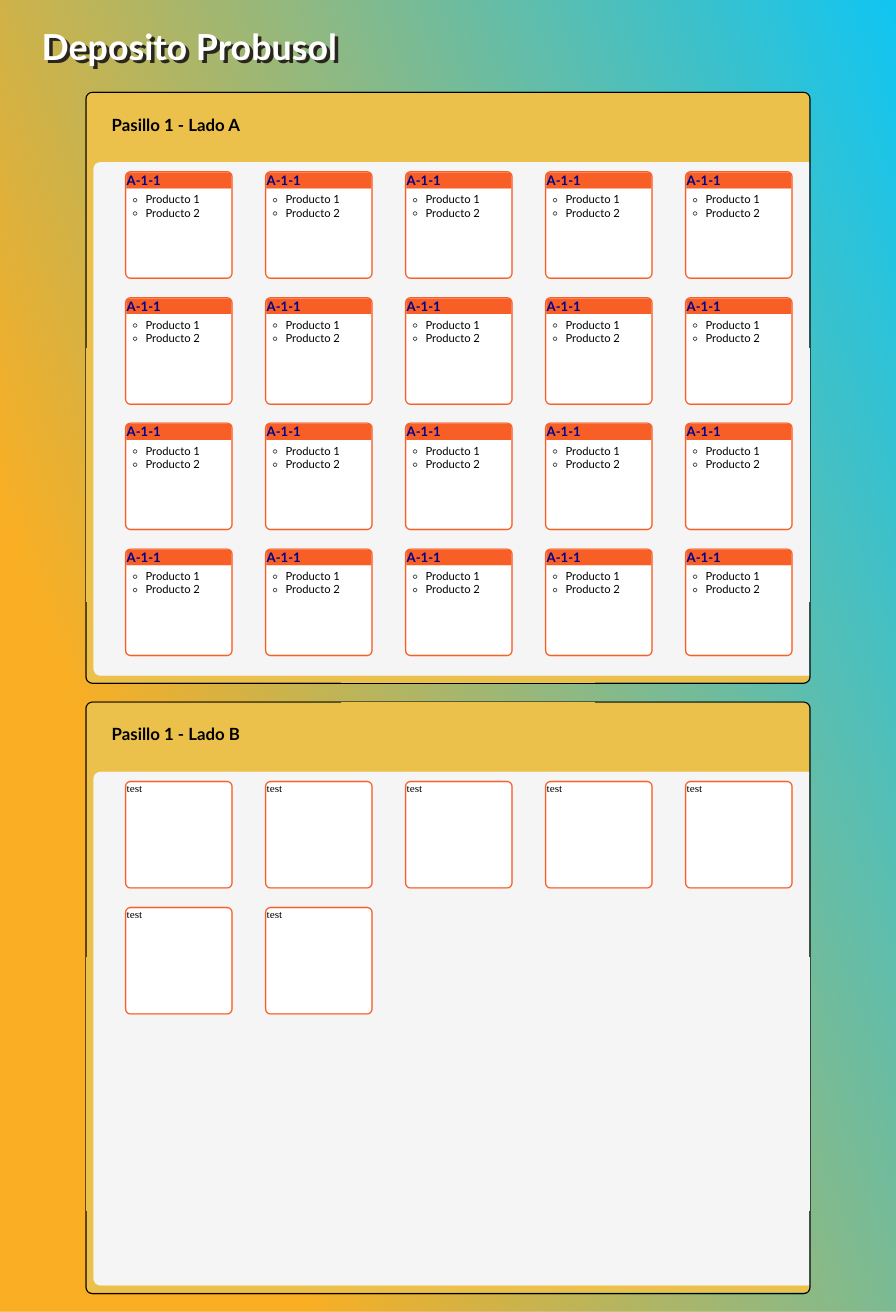
Repository: Franzcod/DepoStock_Web
Page: index.html
The author's editor kept a copy of each file at every save. The page is drawn from the files as they stood at one save, then again after the next save.
The browser window is 1280 px wide. The pictures show the whole page, at 70% of full size.

Above is the page before, as saved 2020-06-07 21:32:32.
Console error: ReferenceError: ur is not defined

### index.html
<!DOCTYPE html>
<html lang="en">
<head>
    <meta charset="UTF-8">
    <meta name="viewport" content="width=device-width, initial-scale=1.0">
    <title>Deposito Probusol</title>

    <link rel="stylesheet" href="estilo/estilo.css">
</head>
<body>

    <div class="titulo">
        <h1>Deposito Probusol</h1>
    </div>


    <div class="app">
        <h2>Pasillo 1 - Lado A</h2>

        <ul class="hs">

            <li class="item">

                <h3 class="pos">A-1-1</h3>
                <ul class="listaProduc">
                    <li class="producto"> Producto 1</li>
                    <li class="producto"> Producto 2</li>
                </ul>
            </li>

            <li class="item">

                <h3 class="pos">A-1-1</h3>
                <ul class="listaProduc">
                    <li class="producto"> Producto 1</li>
                    <li class="producto"> Producto 2</li>
                </ul>
            </li>
            <li class="item">

                <h3 class="pos">A-1-1</h3>
                <ul class="listaProduc">
                    <li class="producto"> Producto 1</li>
                    <li class="producto"> Producto 2</li>
                </ul>
            </li>
            <li class="item">

                <h3 class="pos">A-1-1</h3>
                <ul class="listaProduc">
                    <li class="producto"> Producto 1</li>
                    <li class="producto"> Producto 2</li>
                </ul>
            </li>
            <li class="item">

                <h3 class="pos">A-1-1</h3>
                <ul class="listaProduc">
                    <li class="producto"> Producto 1</li>
                    <li class="producto"> Producto 2</li>
                </ul>
            </li>
            <li class="item">

                <h3 class="pos">A-1-1</h3>
                <ul class="listaProduc">
                    <li class="producto"> Producto 1</li>
                    <li class="producto"> Producto 2</li>
                </ul>
            </li>
            <li class="item">

                <h3 class="pos">A-1-1</h3>
                <ul class="listaProduc">
                    <li class="producto"> Producto 1</li>
                    <li class="producto"> Producto 2</li>
                </ul>
            </li>
            <li class="item">

                <h3 class="pos">A-1-1</h3>
                <ul class="listaProduc">
                    <li class="producto"> Producto 1</li>
                    <li class="producto"> Producto 2</li>
                </ul>
            </li>
            <li class="item">

                <h3 class="pos">A-1-1</h3>
                <ul class="listaProduc">
                    <li class="producto"> Producto 1</li>
                    <li class="producto"> Producto 2</li>
                </ul>
            </li>
            <li class="item">

                <h3 class="pos">A-1-1</h3>
                <ul class="listaProduc">
                    <li class="producto"> Producto 1</li>
                    <li class="producto"> Producto 2</li>
                </ul>
            </li>
            <li class="item">

                <h3 class="pos">A-1-1</h3>
                <ul class="listaProduc">
                    <li class="producto"> Producto 1</li>
                    <li class="producto"> Producto 2</li>
                </ul>
            </li>
            <li class="item">

                <h3 class="pos">A-1-1</h3>
                <ul class="listaProduc">
                    <li class="producto"> Producto 1</li>
                    <li class="producto"> Producto 2</li>
                </ul>
            </li>
            <li class="item">

                <h3 class="pos">A-1-1</h3>
                <ul class="listaProduc">
                    <li class="producto"> Producto 1</li>
                    <li class="producto"> Producto 2</li>
                </ul>
            </li>
            <li class="item">

                <h3 class="pos">A-1-1</h3>
                <ul class="listaProduc">
                    <li class="producto"> Producto 1</li>
                    <li class="producto"> Producto 2</li>
                </ul>
            </li>
            <li class="item">

                <h3 class="pos">A-1-1</h3>
                <ul class="listaProduc">
                    <li class="producto"> Producto 1</li>
                    <li class="producto"> Producto 2</li>
                </ul>
            </li>
            <li class="item">

                <h3 class="pos">A-1-1</h3>
                <ul class="listaProduc">
                    <li class="producto"> Producto 1</li>
                    <li class="producto"> Producto 2</li>
                </ul>
            </li>
            <li class="item">

                <h3 class="pos">A-1-1</h3>
                <ul class="listaProduc">
                    <li class="producto"> Producto 1</li>
                    <li class="producto"> Producto 2</li>
                </ul>
            </li>
            <li class="item">

                <h3 class="pos">A-1-1</h3>
                <ul class="listaProduc">
                    <li class="producto"> Producto 1</li>
                    <li class="producto"> Producto 2</li>
                </ul>
            </li>
            <li class="item">

                <h3 class="pos">A-1-1</h3>
                <ul class="listaProduc">
                    <li class="producto"> Producto 1</li>
                    <li class="producto"> Producto 2</li>
                </ul>
            </li>
            <li class="item">

                <h3 class="pos">A-1-1</h3>
                <ul class="listaProduc">
                    <li class="producto"> Producto 1</li>
                    <li class="producto"> Producto 2</li>
                </ul>
            </li>
            <li class="item">

                <h3 class="pos">A-1-1</h3>
                <ul class="listaProduc">
                    <li class="producto"> Producto 1</li>
                    <li class="producto"> Producto 2</li>
                </ul>
            </li>
            <li class="item">

                <h3 class="pos">A-1-1</h3>
                <ul class="listaProduc">
                    <li class="producto"> Producto 1</li>
                    <li class="producto"> Producto 2</li>
                </ul>
            </li>
            <li class="item">

                <h3 class="pos">A-1-1</h3>
                <ul class="listaProduc">
                    <li class="producto"> Producto 1</li>
                    <li class="producto"> Producto 2</li>
                </ul>
            </li>
            <li class="item">

                <h3 class="pos">A-1-1</h3>
                <ul class="listaProduc">
                    <li class="producto"> Producto 1</li>
                    <li class="producto"> Producto 2</li>
                </ul>
            </li>
            <li class="item">

                <h3 class="pos">A-1-1</h3>
                <ul class="listaProduc">
                    <li class="producto"> Producto 1</li>
                    <li class="producto"> Producto 2</li>
                </ul>
            </li>
            <li class="item">

                <h3 class="pos">A-1-1</h3>
                <ul class="listaProduc">
                    <li class="producto"> Producto 1</li>
                    <li class="producto"> Producto 2</li>
                </ul>
            </li>
            <li class="item">

                <h3 class="pos">A-1-1</h3>
                <ul class="listaProduc">
                    <li class="producto"> Producto 1</li>
                    <li class="producto"> Producto 2</li>
                </ul>
            </li>
            <li class="item">

                <h3 class="pos">A-1-1</h3>
                <ul class="listaProduc">
                    <li class="producto"> Producto 1</li>
                    <li class="producto"> Producto 2</li>
                </ul>
            </li>
            <li class="item">

                <h3 class="pos">A-1-1</h3>
                <ul class="listaProduc">
                    <li class="producto"> Producto 1</li>
                    <li class="producto"> Producto 2</li>
                </ul>
            </li>
            <li class="item">

                <h3 class="pos">A-1-1</h3>
                <ul class="listaProduc">
                    <li class="producto"> Producto 1</li>
                    <li class="producto"> Producto 2</li>
                </ul>
            </li>
            <li class="item">

                <h3 class="pos">A-1-1</h3>
                <ul class="listaProduc">
                    <li class="producto"> Producto 1</li>
                    <li class="producto"> Producto 2</li>
                </ul>
            </li>
            <li class="item">

                <h3 class="pos">A-1-1</h3>
                <ul class="listaProduc">
                    <li class="producto"> Producto 1</li>
                    <li class="producto"> Producto 2</li>
                </ul>
            </li>
            <li class="item">

                <h3 class="pos">A-1-1</h3>
                <ul class="listaProduc">
                    <li class="producto"> Producto 1</li>
                    <li class="producto"> Producto 2</li>
                </ul>
            </li>
            <li class="item">

                <h3 class="pos">A-1-1</h3>
                <ul class="listaProduc">
                    <li class="producto"> Producto 1</li>
                    <li class="producto"> Producto 2</li>
                </ul>
            </li>
            <li class="item">

                <h3 class="pos">A-1-1</h3>
                <ul class="listaProduc">
                    <li class="producto"> Producto 1</li>
                    <li class="producto"> Producto 2</li>
                </ul>
            </li>
            <li class="item">

                <h3 class="pos">A-1-1</h3>
                <ul class="listaProduc">
                    <li class="producto"> Producto 1</li>
                </ul>
            </li>
            <li class="item">

                <h3 class="pos">A-1-1</h3>
                <ul class="listaProduc">
                    <li class="producto"> Producto 1</li>
                    <li class="producto"> Producto 2</li>
                </ul>
            </li>
            <li class="item">

                <h3 class="pos">A-1-1</h3>
                <ul class="listaProduc">
                    <li class="producto"> Producto 1</li>
                    <li class="producto"> Producto 2</li>
                </ul>
            </li>
            <li class="item">

                <h3 class="pos">A-1-1</h3>
                <ul class="listaProduc">
                    <li class="producto"> Producto 1</li>
                    <li class="producto"> Producto 2</li>
                </ul>
            </li>
            <li class="item">

                <h3 class="pos">A-1-1</h3>
                <ul class="listaProduc">
                    <li class="producto"> Producto 1</li>
                    <li class="producto"> Producto 2</li>
                </ul>
            </li>



        </ul>

        <!-- <div class="container">
            <div class="item">
            <h3>Block for context</h3>
            </div>
        </div> -->
    </div>

    <div class="app">
        <h2>Pasillo 1 - Lado B</h2>

        <ul class="hs">
            <li class="item">test</li>
            <li class="item">test</li>
            <li class="item">test</li>
            <li class="item">test</li>
            <li class="item">test</li>
            <li class="item">test</li>
            <li class="item">test</li>
            <li class="item">test</li>
            <li class="item">test</li>
            <li class="item">test</li>
            <li class="item">test</li>
            <li class="item">test</li>

        </ul>

        <!-- <div class="container">
            <div class="item">
            <h3>Block for context</h3>
            </div>
        </div> -->
    </div>






    <script>ur</script>

</body>







</html>

### estilo/estilo.css
html{
    background: rgb(11,196,242);
    background: linear-gradient(249deg, rgba(11,196,242,0.981127485173757) 0%, rgba(248,163,5,0.8774860285911239) 78%);
}

.titulo{
    margin: 2vw 4vw;
    align-items: flex-start;
    color: #fff;
    font-size: 2vw;
    font-family: 'Gill Sans', 'Gill Sans MT', Calibri, 'Trebuchet MS', sans-serif;
    text-shadow: 5px 5px rgb(42, 38, 30);
}


:root {
--gutter: 20px;
}

.app {
    padding: 10px;
    display: grid;
    grid-gap: var(--gutter) 0;
    border: 2px solid black;
    /* grid-template-columns: var(--gutter) 1fr var(--gutter);  */
    align-content: start;
    width: 80%;
    height: 75%;
    background: rgb(235, 192, 75);
    /* overflow-y: scroll; */
    margin: 2vw auto;
    overflow-x: auto;
    border-radius: 10px;
}


.hs {
    display: grid;
    grid-template-columns: repeat(10, 1fr);
    grid-template-rows: repeat(4, 1fr);
    overflow-x: auto;
    /* scroll-snap-type: x proximity; */
    padding-bottom: calc(.75 * var(--gutter));
    background-color:whitesmoke;
    width: 2000px;
    align-items: center;
    margin: auto;
    border-radius: 10px;
}

h2{
    margin-left: 2vw;
    font-family: 'Gill Sans', 'Gill Sans MT', Calibri, 'Trebuchet MS', sans-serif;
}

.item {
    /* scroll-snap-align: center; */
    /* padding: 2px;  */
    display: flex;
    flex-direction: column;
    justify-content: start;
    align-items: flex-start;
    background: #fff;
    border: 2px solid rgb(247, 95, 39);
    border-radius: 8px;
    height: 150px;
    width: 150px;
    margin: 1vw 5px;
}


.pos{
    width: 100%;
    height: 15%;
    border-radius: 4px 4px 0 0 ;
    margin: 0px auto;
    align-items: center;
    color: darkblue;
    background-color: rgb(247, 95, 39);
    font-family: 'Gill Sans', 'Gill Sans MT', Calibri, 'Trebuchet MS', sans-serif;

}


.listaProduc{
    margin-top: 5px;
    margin-left: 2px;
    padding-left: 25px;
    font-family: 'Gill Sans', 'Gill Sans MT', Calibri, 'Trebuchet MS', sans-serif;

}

After the next save:
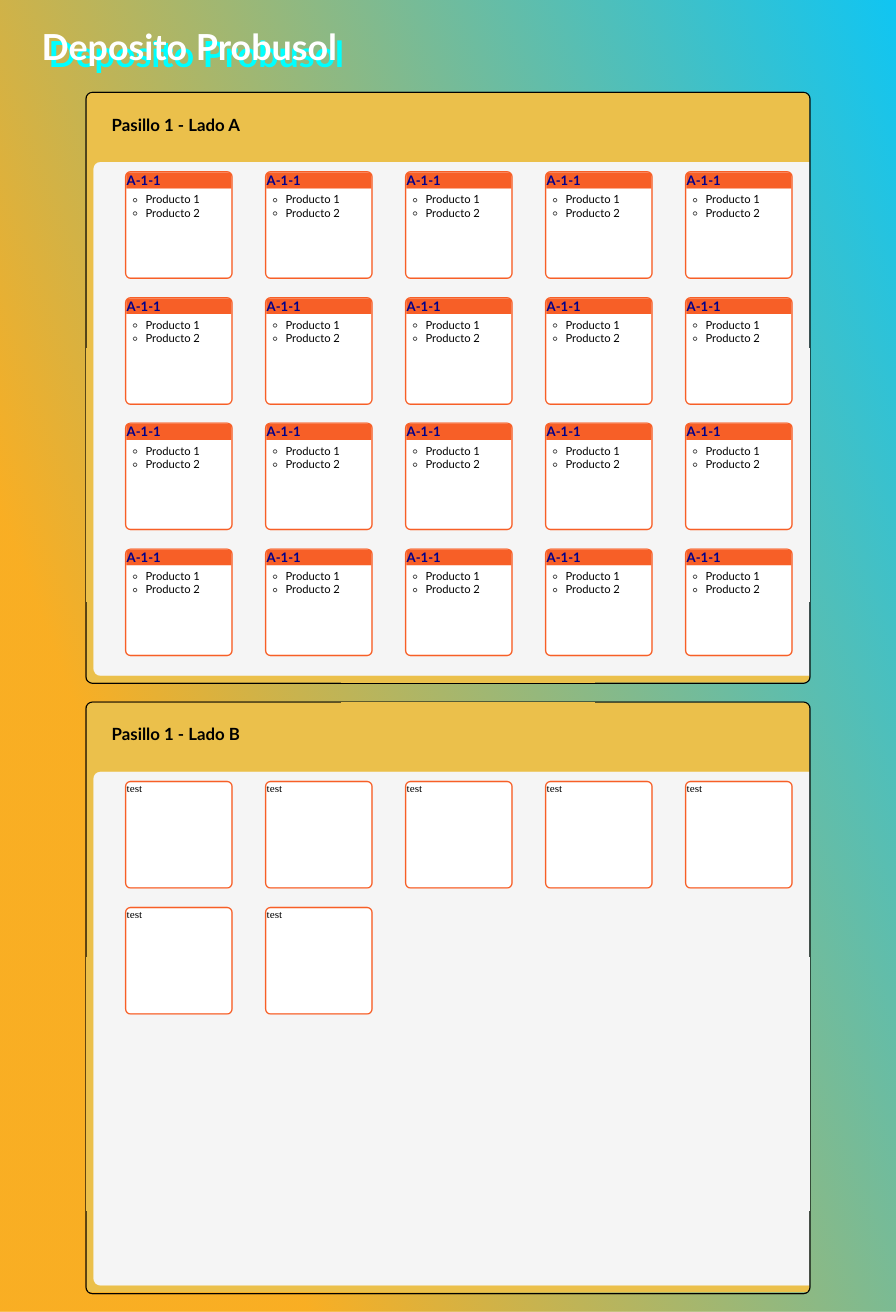
Saved 18 s later.
--- a/estilo/estilo.css
+++ b/estilo/estilo.css
@@ -10,6 +10,7 @@
     font-size: 2vw;
     font-family: 'Gill Sans', 'Gill Sans MT', Calibri, 'Trebuchet MS', sans-serif;
     text-shadow: 5px 5px rgb(42, 38, 30);
+    text-shadow: 10px 10px aqua;
 }
 
 

After the save that followed:
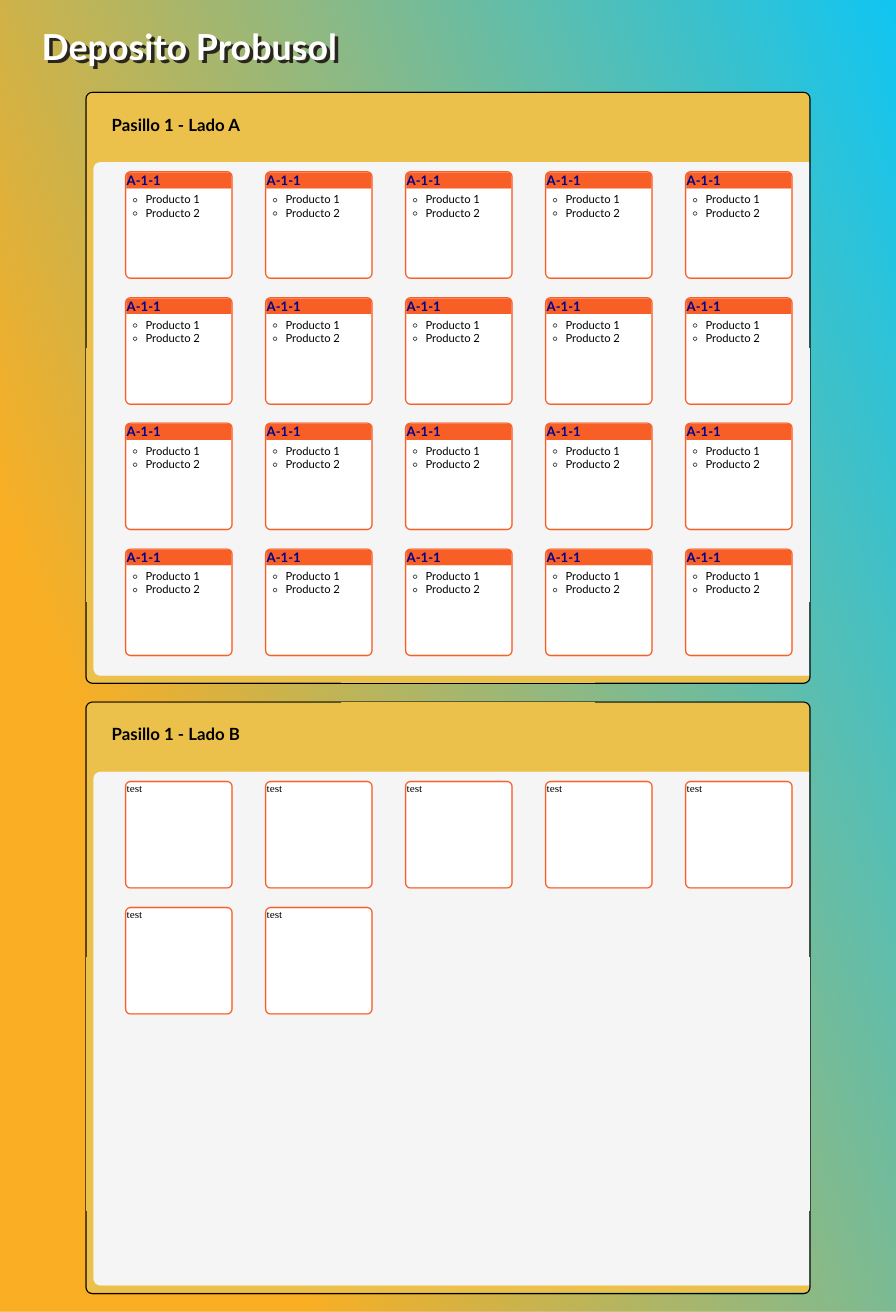
Saved 7 s later.
--- a/estilo/estilo.css
+++ b/estilo/estilo.css
@@ -10,7 +10,7 @@
     font-size: 2vw;
     font-family: 'Gill Sans', 'Gill Sans MT', Calibri, 'Trebuchet MS', sans-serif;
     text-shadow: 5px 5px rgb(42, 38, 30);
-    text-shadow: 10px 10px aqua;
+
 }
 
 
